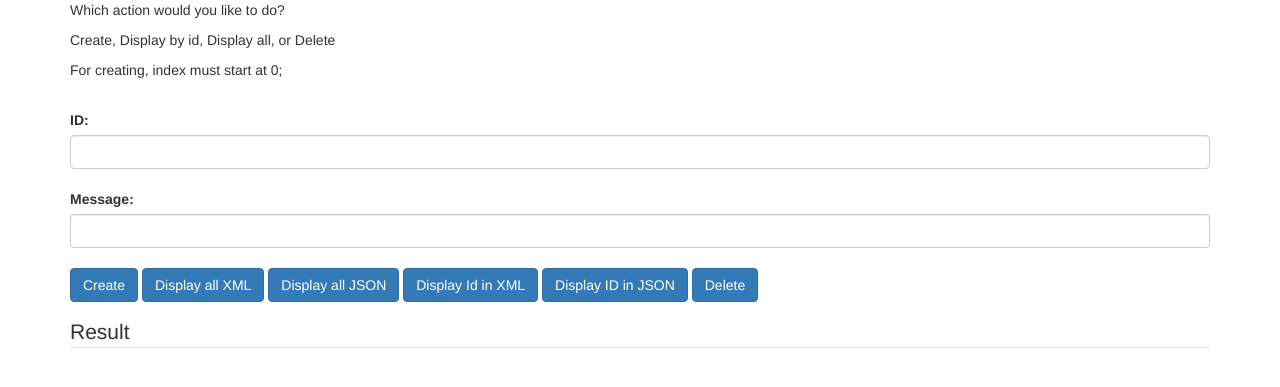
Repository: kddean/Lab4
Page: ToDoSystem/WebContent/ToDo.html
These files come from the project's save history. The page is drawn as it stood at one moment and after the next save; the edit follows.
The browser window is 1280 px wide. The pictures show the whole page.

Above is the page before, as saved 2016-04-02 04:24:27.
Console error: SyntaxError: Unexpected token '}'

### ToDoSystem/WebContent/ToDo.html
<!DOCTYPE html>
<html>
<head>
<!-- <meta charset="ISO-8859-1"> -->
<meta charset="utf-8">
<meta name="viewport" content="width=device-width, initial-scale=1">
<link rel="stylesheet" href="http://maxcdn.bootstrapcdn.com/bootstrap/3.3.6/css/bootstrap.min.css">
<script src="https://ajax.googleapis.com/ajax/libs/jquery/1.12.0/jquery.min.js"></script>
<script src="http://maxcdn.bootstrapcdn.com/bootstrap/3.3.6/js/bootstrap.min.js"></script>
<title>ToDoSystem</title>
</head>
<body>
<div class="container">
<form name = "ToDoForm" method ="post" action ="ToDoServlet">
	<div class="form-group">
	<p>Which action would you like to do?</p>
	<p>Create, Display by id, Display all, or Delete</p>
	<p> For creating, index must start at 0; </p>
	<br>
	<label>ID:</label><input type="text" class="form-control" id="id">
	<br>
	<label>Message:</label><input type="text" class="form-control" id="message">
	<br>
	<button type="button" id="create"  class="btn btn-primary">Create</button>
	<button type="button" id="displayallxml"  class="btn btn-primary">Display all XML</button>
	<button type="button" id="displayalljson" value="Submit" class="btn btn-primary">Display all JSON</button>
	<button type="button" id="displayxml" value="Submit" class="btn btn-primary">Display Id in XML</button>
	<button type="button" id="displayjson" value="Submit" class="btn btn-primary">Display ID in JSON</button>
	<button type="button" id="delete" value="Submit" class="btn btn-primary">Delete</button>
<!-- 	<input type="button" value="submit" onclick='loadDoc()'> -->
	</div>
	<div id="sec">
        <fieldset>
            <legend>Result</legend>
                 <div id="ajaxResponse"></div>
        </fieldset>
    </div>

</form>
</div>

<script type="text/javascript">
// $ajax({
// 	url:"/ToDoSystem/create",
// 	method:"POST"
// 	dataType: "json",
// 	success: function(data,status,xhr)
})
</script>
<script type="text/javascript">
$(document).ready(function(){
	$("#displayallxml").click(function(){
		$.get("http://localhost:8080/ToDoSystem/ToDo.html/displayall/xml", function(data, status){
			$("#ajaxResponse").load("/displayall/xml", data))
		})

	})
})
</script>
<script type="text/javascript">
$(document).ready(function(){

	$("#create").click(function(){
		$.post("http://localhost:8080/ToDoSystem/ToDo.html/create", {
			var id = document.getElementById("id").value;
			var m = document.getElementById("message").value;
		}
			function(data, status){
				$("ajaxResponse").load("/create", data)}
		})
	})

	$("#displayalljson").click(function(){
		$.get("http://localhost:8080/ToDoSystem/ToDo.html/displayall/json", function(data, status){
			$("#ajaxResponse").load("/displayall/json", data)
		})
	})

	$("#displayxml").click(function(){
		$.get("http://localhost:8080/ToDoSystem/ToDo.html/displayxml/id: [0-9]+", function(data, status){
			$("ajaxResponse").load("/displayxml/id: [0-9]+", data)
		})
	})

	$("#displayjson").click(function(){
		$.get("http://localhost:8080/ToDoSystem/ToDo.html/displayjson/id: [0-9]+", function(data, status){
			$("ajaxResponse").load("/displayjson/id: [0-9]+", data)
		})
	})

	$("#delete").click(function(){
		$.get("http://localhost:8080/ToDoSystem/ToDo.html/delete/id: [0-9]+", function(data,status){
			$("ajaxResponse").load("/delete/id:[0-9]+", data)
		})
	})
})
</script>
</body>
</html>

After the next save:
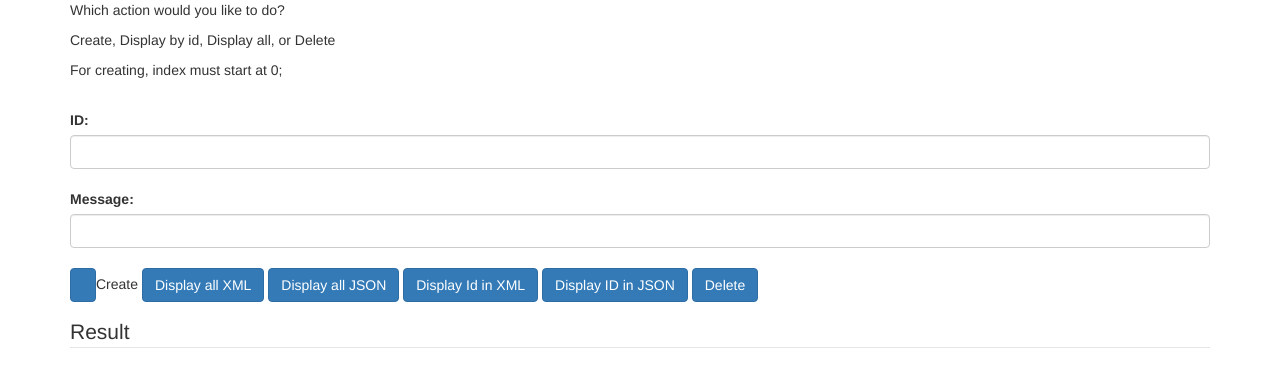
Saved 5 min 31 s later.
--- a/ToDoSystem/WebContent/ToDo.html
+++ b/ToDoSystem/WebContent/ToDo.html
@@ -21,9 +21,9 @@
 	<br>
 	<label>Message:</label><input type="text" class="form-control" id="message">
 	<br>
-	<button type="button" id="create"  class="btn btn-primary">Create</button>
+	<input type="button" id="create"  class="btn btn-primary">Create</button>
 	<button type="button" id="displayallxml"  class="btn btn-primary">Display all XML</button>
-	<button type="button" id="displayalljson" value="Submit" class="btn btn-primary">Display all JSON</button>
+	<button type="button" id="displayalljson"  class="btn btn-primary">Display all JSON</button>
 	<button type="button" id="displayxml" value="Submit" class="btn btn-primary">Display Id in XML</button>
 	<button type="button" id="displayjson" value="Submit" class="btn btn-primary">Display ID in JSON</button>
 	<button type="button" id="delete" value="Submit" class="btn btn-primary">Delete</button>
